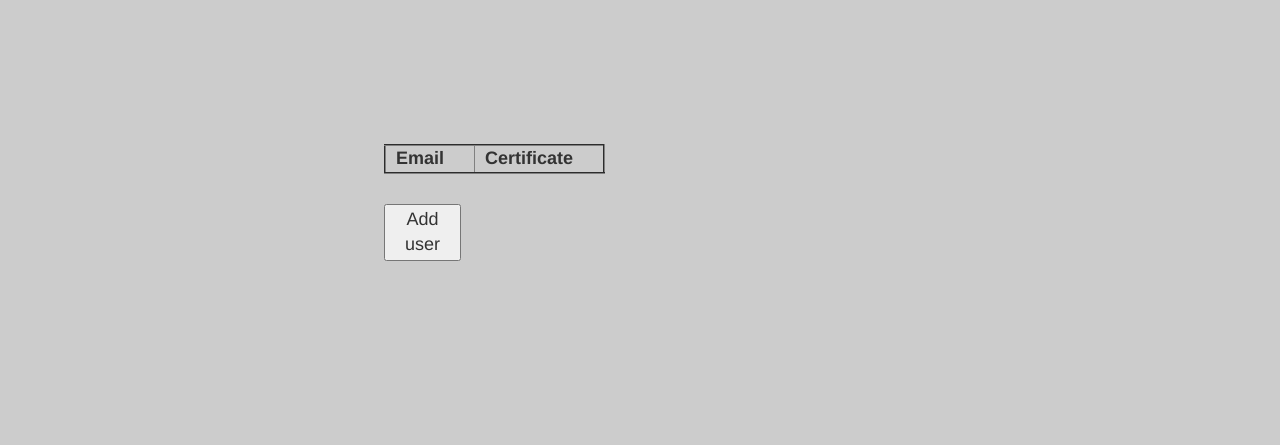
Repository: marijabroceta/ProjekatIB
Page: IB_Project_Shell/src/main/resources/static/main_page.html
The author's editor kept a copy of each file at every save. The page is drawn from the files as they stood at one save, then again after the next save.
The browser window is 1280 px wide. The pictures show the whole page.
The page's requests for data from a server got no answer.

Above is the page before, as saved 2018-06-29 19:17:00.

After the next save:
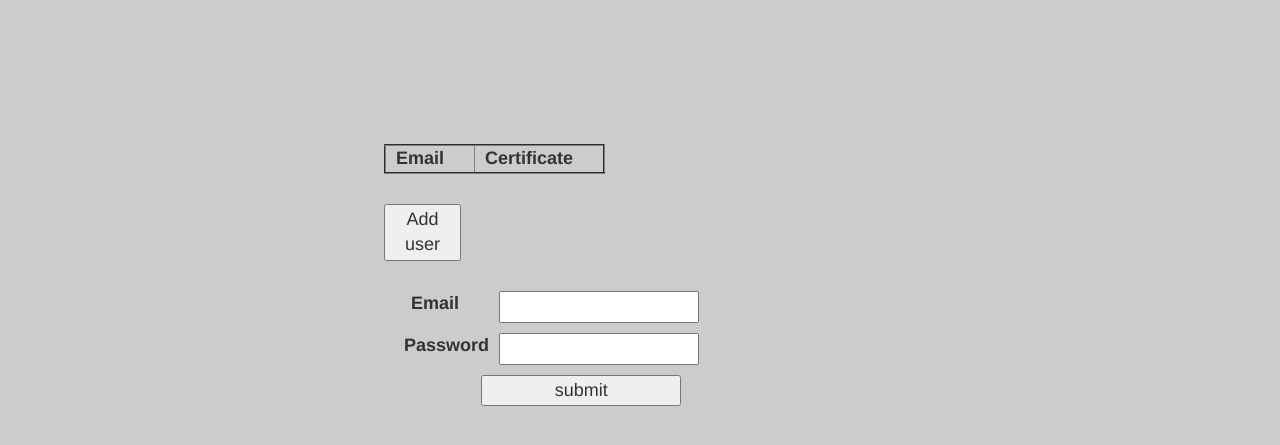
Saved 45 s later.
--- a/IB_Project_Shell/src/main/resources/static/main_page.html
+++ b/IB_Project_Shell/src/main/resources/static/main_page.html
@@ -17,6 +17,15 @@
 			</tr>
 		</table>
 		<button id="add_user">Add user</button>
+		<div id="add_form">
+			<form name="add_user_form" method="post" id="add_user_form">
+		       	<label for="email">Email</label>
+		 		<input type="text" id="email" name="email"><br>
+		 		<label for="password">Password</label>
+		 		<input type="password" id="password" name="password"><br>
+		 		<input type="submit" name="submit" id="submit" value="submit" class="button" />
+	    	</form>
+		</div>
 	</div>
 </body>
 </html>
